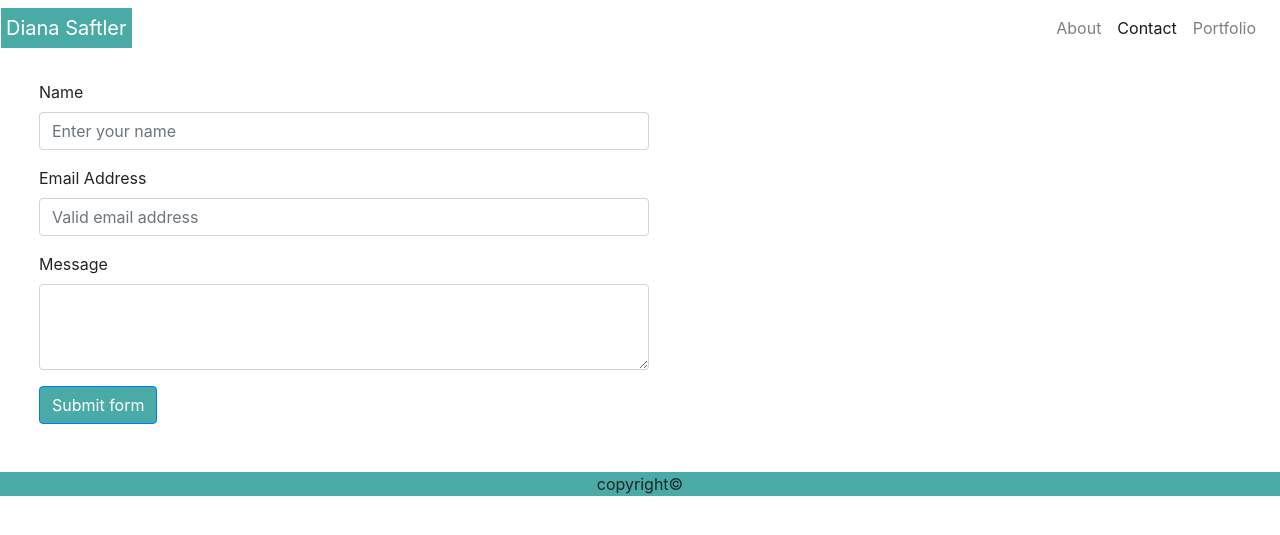
Repository: dsaftler/Bootstrap-Portfolio
Page: contact.html
An editor plug-in stored every save of this project. The page is shown before and after the next save, followed by the edit.
The browser window is 1280 px wide. The pictures show the whole page.

Above is the page before, as saved 2019-03-21 01:12:27.

### contact.html
<!DOCTYPE html>
<html lang="en">
<head>
  <meta charset="UTF-8">
  <meta name="viewport" content="width=device-width, initial-scale=1.0">
  <meta http-equiv="X-UA-Compatible" content="ie=edge">
  <link rel="stylesheet" href="https://stackpath.bootstrapcdn.com/bootstrap/4.1.3/css/bootstrap.min.css" integrity="sha384-MCw98/SFnGE8fJT3GXwEOngsV7Zt27NXFoaoApmYm81iuXoPkFOJwJ8ERdknLPMO" crossorigin="anonymous">
  <link rel="icon" href="assets/images/Peony.jpg" type="image/jpg" sizes="16x16">
  <title>Contact</title>
</head>
<body>
    <nav class="navbar navbar-expand-lg navbar-light" >
        <a class="navbar-brand"  style="background-color: #4aaaa5; color: white; padding-right: 5px; padding-left: 5px; margin-left: -15px" href="#"> Diana Saftler </a>
        <button class="navbar-toggler" type="button" data-toggle="collapse" data-target="#navbarSupportedContent" aria-controls="navbarSupportedContent" aria-expanded="false" aria-label="Toggle navigation">
          <span class="navbar-toggler-icon"></span>
        </button>

        <div class="collapse navbar-collapse" id="navbarSupportedContent">
          <ul class="navbar-nav ml-auto">
            <li class="nav-item">
              <a class="nav-link" href="index.html">About</a>
            </li>
            <li class="nav-item active">
              <a class="nav-link" href="contact.html">Contact<span class="sr-only">(current)</span></a>
            </li>
            <li class="nav-item">
                <a class="nav-link"  href="portfolio.html">Portfolio</a>
             </li>
          </ul>
        </div>
      </nav>
      <div class="container col-sm-6 ml-4">
          <form>
              <div class="form-group">
                <br>
                <label for="formGroupExampleInput">Name</label>
                <input type="text" class="form-control" id="formGroupExampleInput" placeholder="Enter your name">
              </div>
              <div class="form-group">
                <label for="formGroupExampleInput2">Email Address</label>
                <input type="text" class="form-control" id="formGroupExampleInput2" placeholder="Valid email address">
              </div>
              <div class="form-group">
                <label for="exampleFormControlTextarea1">Message</label>
                <textarea class="form-control" id="exampleFormControlTextarea1" rows="3"></textarea>
              </div>
              <button class="btn btn-primary mb-5" type="submit"; style="background-color: #4aaaa5">Submit form</button>
            </form>
      </div>
      <footer class="footer text-center"; style="background-color:#4aaaa5">
          <div class="container" >
            <span >copyright&copy</span>
          </div>
     </footer>


</body>
</html>

After the next save:
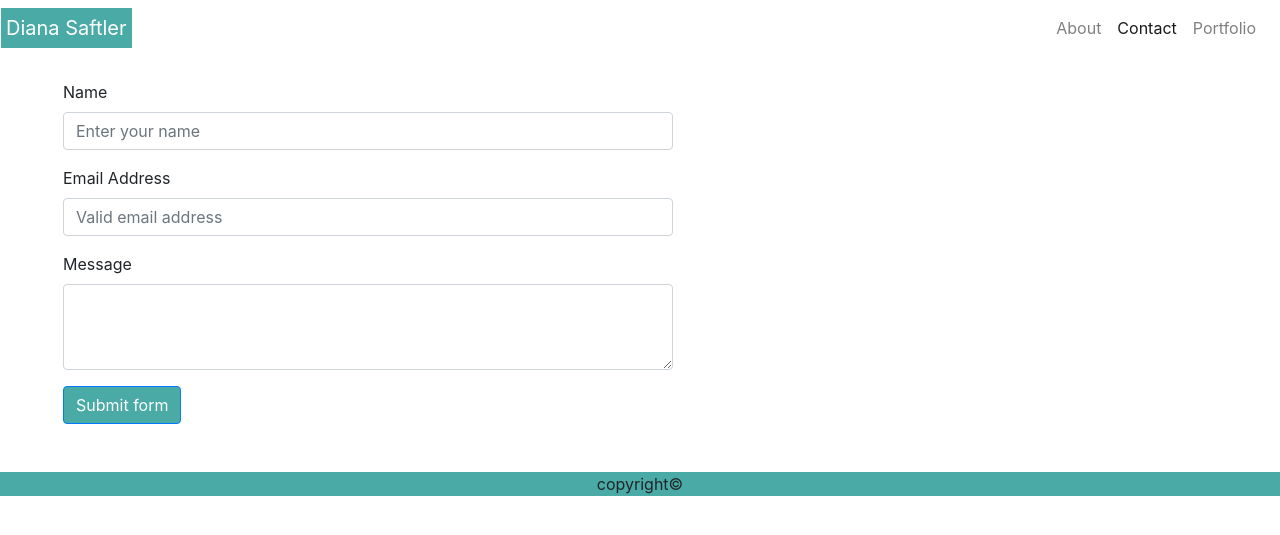
Saved 12 s later.
--- a/contact.html
+++ b/contact.html
@@ -29,7 +29,7 @@
           </ul>
         </div>
       </nav>
-      <div class="container col-sm-6 ml-4">
+      <div class="container col-sm-6 ml-5">
           <form>
               <div class="form-group">
                 <br>
